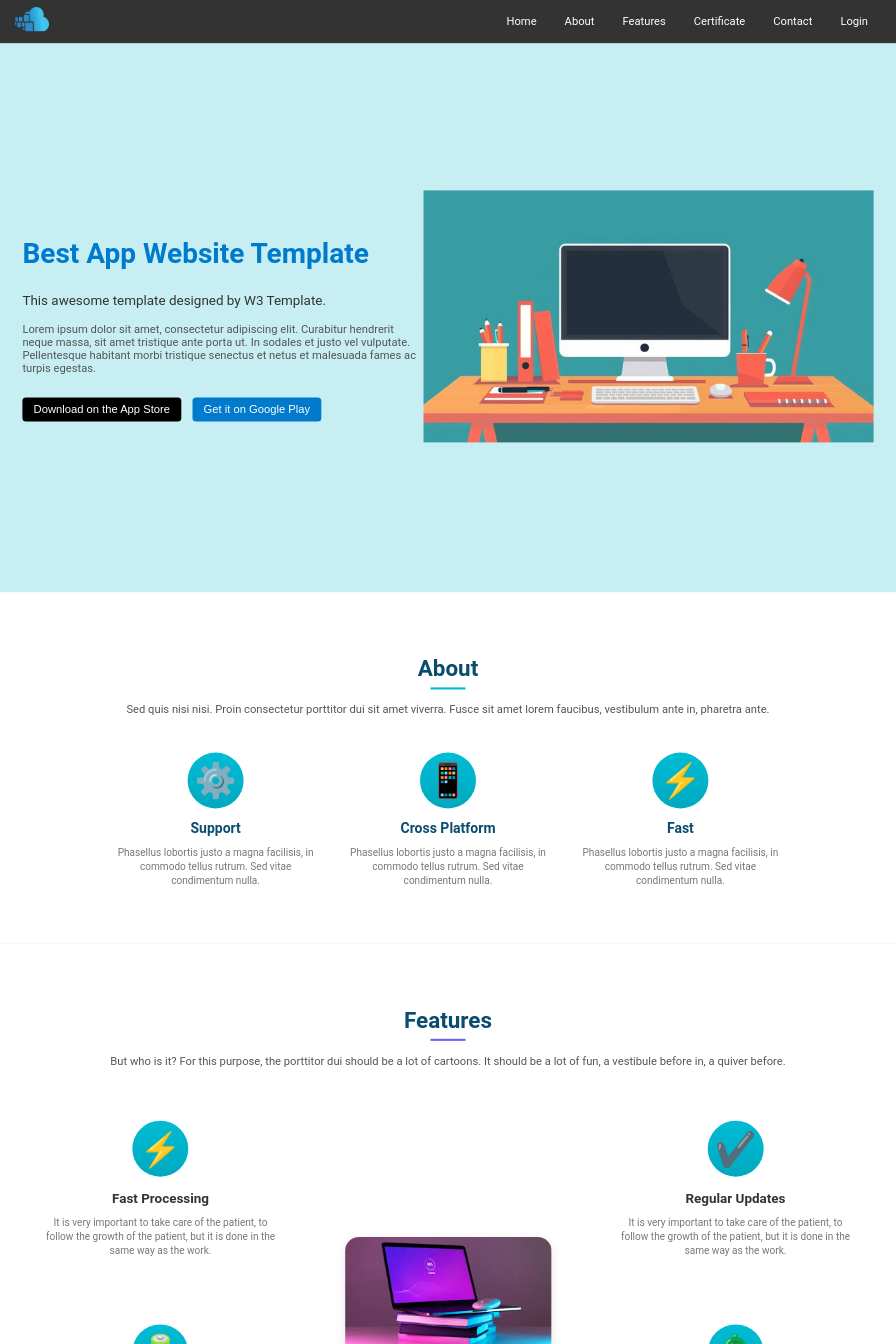
Repository: gautamsonam011/Institute
Page: /
An editor plug-in stored every save of this project. The page is shown before and after the next save, followed by the edit.
The browser window is 1280 px wide. The pictures show the part of the page from y = 0 to 1920 px (the page is 3719 px tall), at 70% of full size.
The project was rebuilt for these pictures with package versions that can differ from the ones it lists, and the page was loaded fresh each time. Also part of the build but not shown: vite.config.js, src/Header.jsx, src/Sidebar.jsx, src/Home.jsx, src/students/Addstudent.jsx, src/students/allstudent.css, src/students/Allstudents.jsx, src/Fee management/feehead.css and 9 more.

Above is the page before, as saved 2024-11-27 16:55:22.

After the next save:
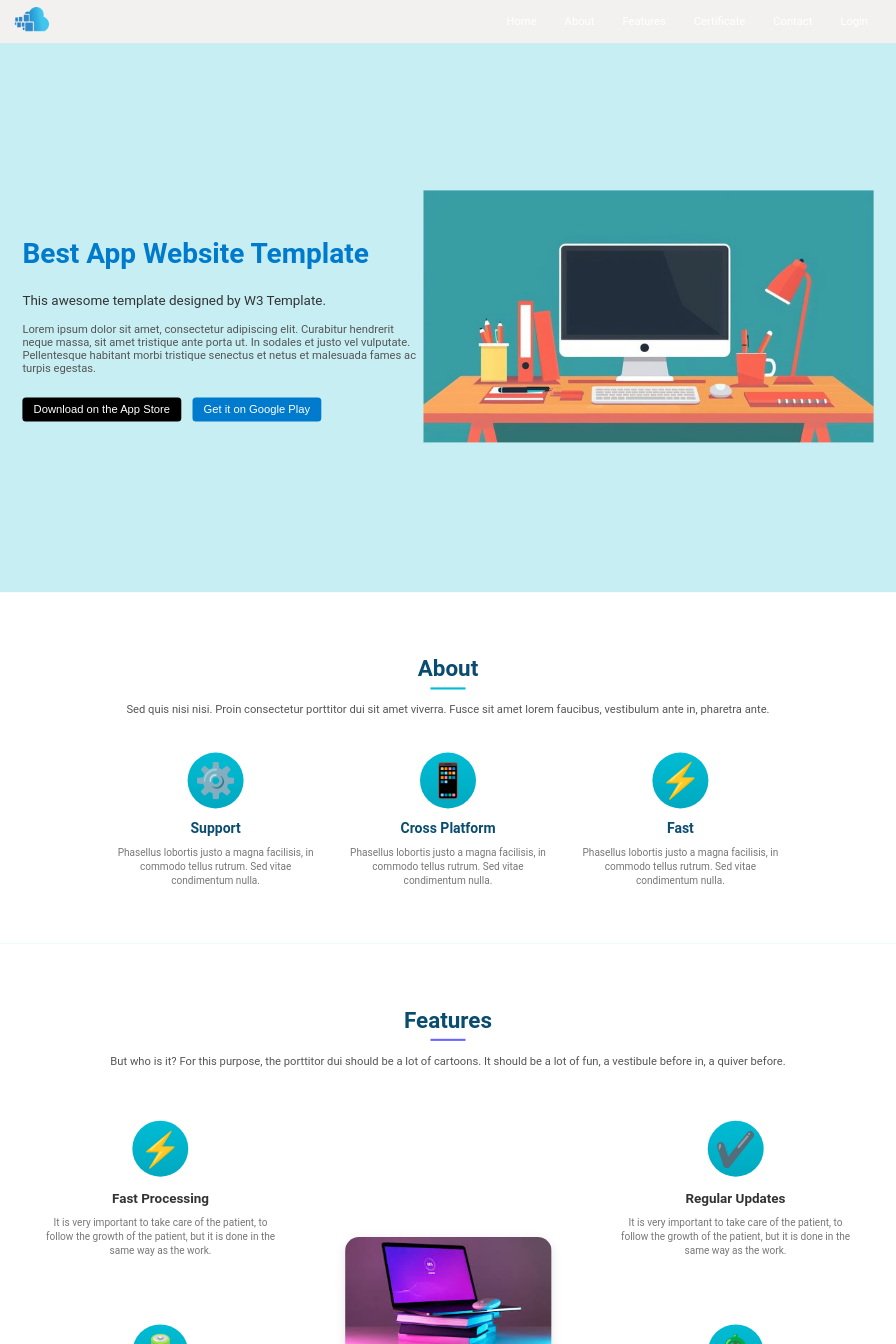
Saved 79 s later.
--- a/src/components/navbar.css
+++ b/src/components/navbar.css
@@ -4,7 +4,7 @@
   justify-content: space-between;
   align-items: center;
   padding: 10px 20px;
-  background-color: #333;
+  background-color: #f3f0f0;
 }
 
 .navbar .logo img {
